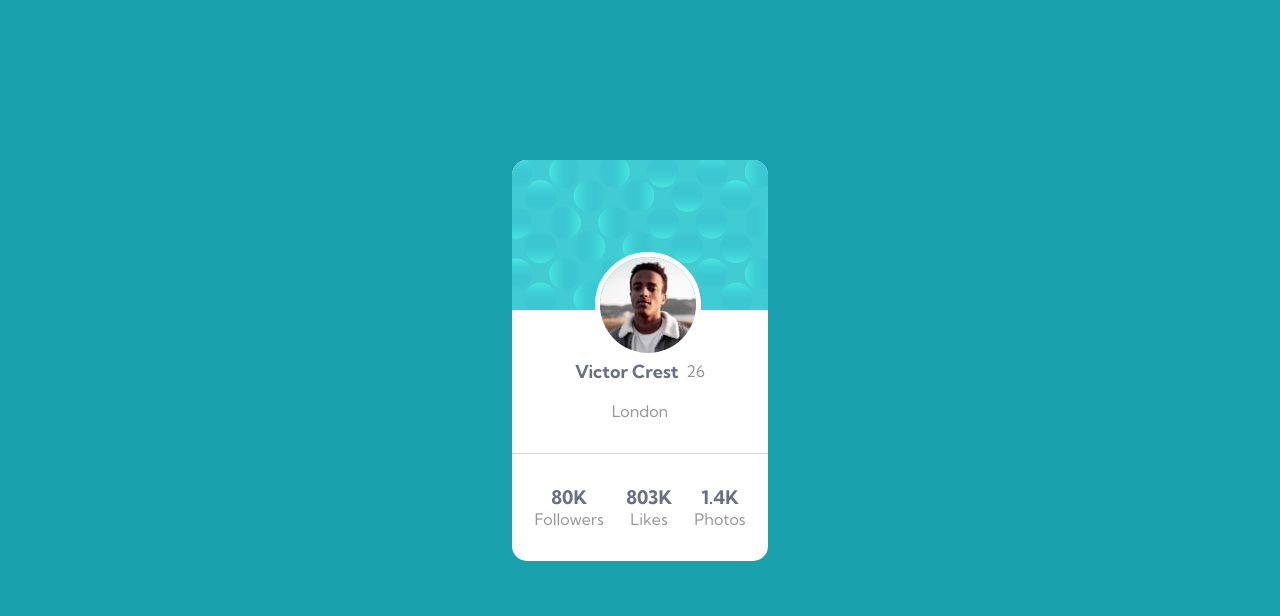
Repository: PratypartyY2K/frontendmentor-challenges
Page: profile-card-component-main/index.html
These files come from the project's save history. The page is drawn as it stood at one moment and after the next save; the edit follows.
The browser window is 1280 px wide. The pictures show the whole page.

Above is the page before, as saved 2021-07-15 13:50:42.

After the next save:
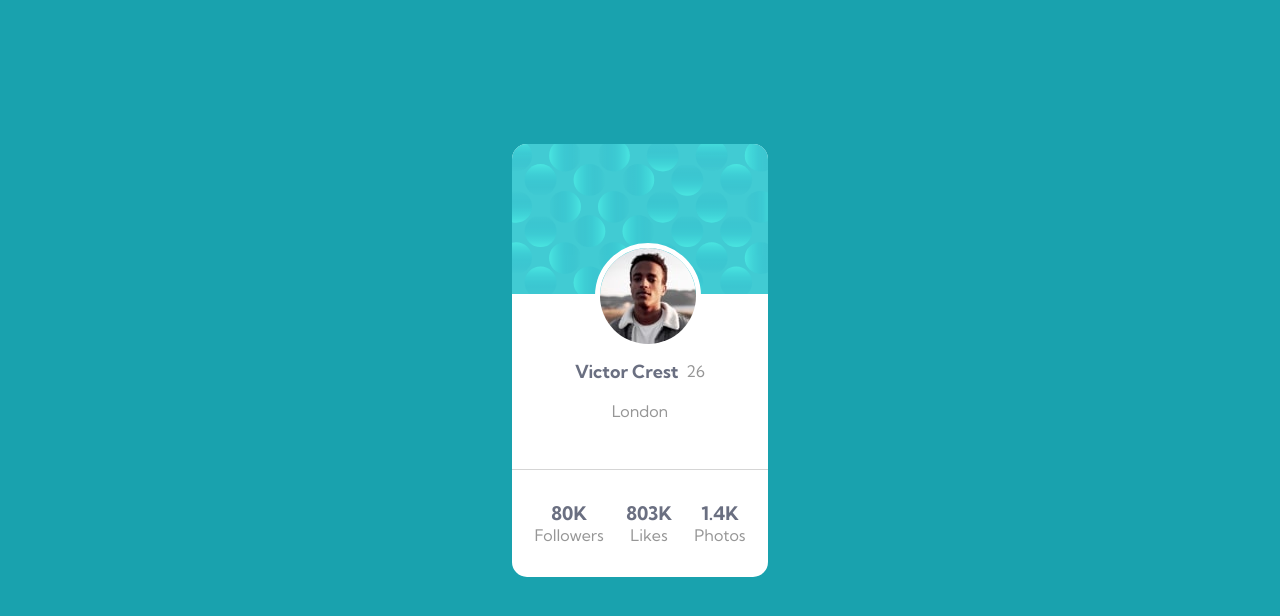
Saved 9 s later.
--- a/profile-card-component-main/style.css
+++ b/profile-card-component-main/style.css
@@ -58,7 +58,7 @@ h3 {
 .middle-div {
     display: flex;
     flex-direction: column;
-    margin: 2rem 0;
+    margin: 3rem 0;
 }
 
 .row-1 {
